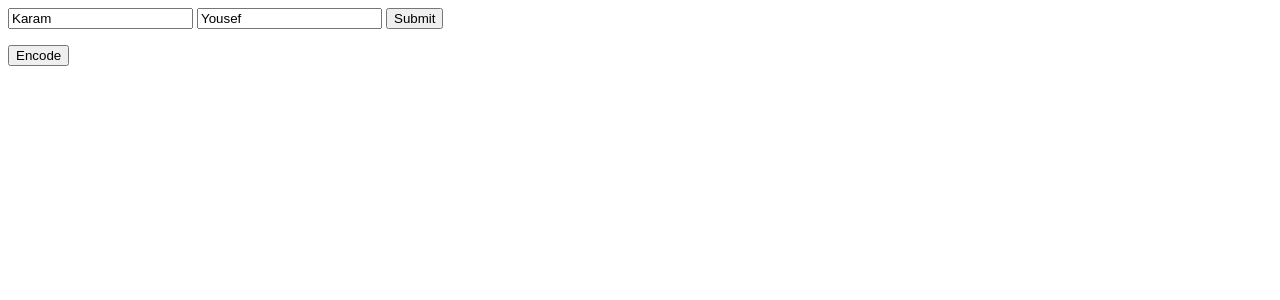
Repository: kchan75/kakaobank
Page: bizserver/src/main/resources/static/index.html
An editor plug-in stored every save of this project. The page is shown before and after the next save, followed by the edit.
The browser window is 1280 px wide. The pictures show the whole page.

Above is the page before, as saved 2021-03-21 01:05:27.

After the next save:
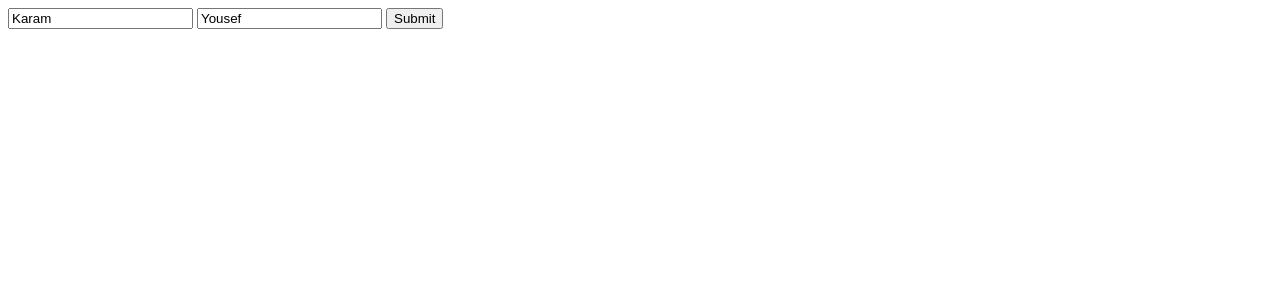
Console error: ReferenceError: encode is not defined
Saved 4 min 58 s later.
--- a/bizserver/src/main/resources/static/index.html
+++ b/bizserver/src/main/resources/static/index.html
@@ -9,9 +9,6 @@
         <input type="text" name="lastname" value="Yousef">
         <input type="submit">
     </form>
-    <div id="decoded"></div>
-    <button id="encode">Encode</button>
-    <div id="encoded"></div>
 </body>
 <script>
     encode.onclick = async (e) => {
